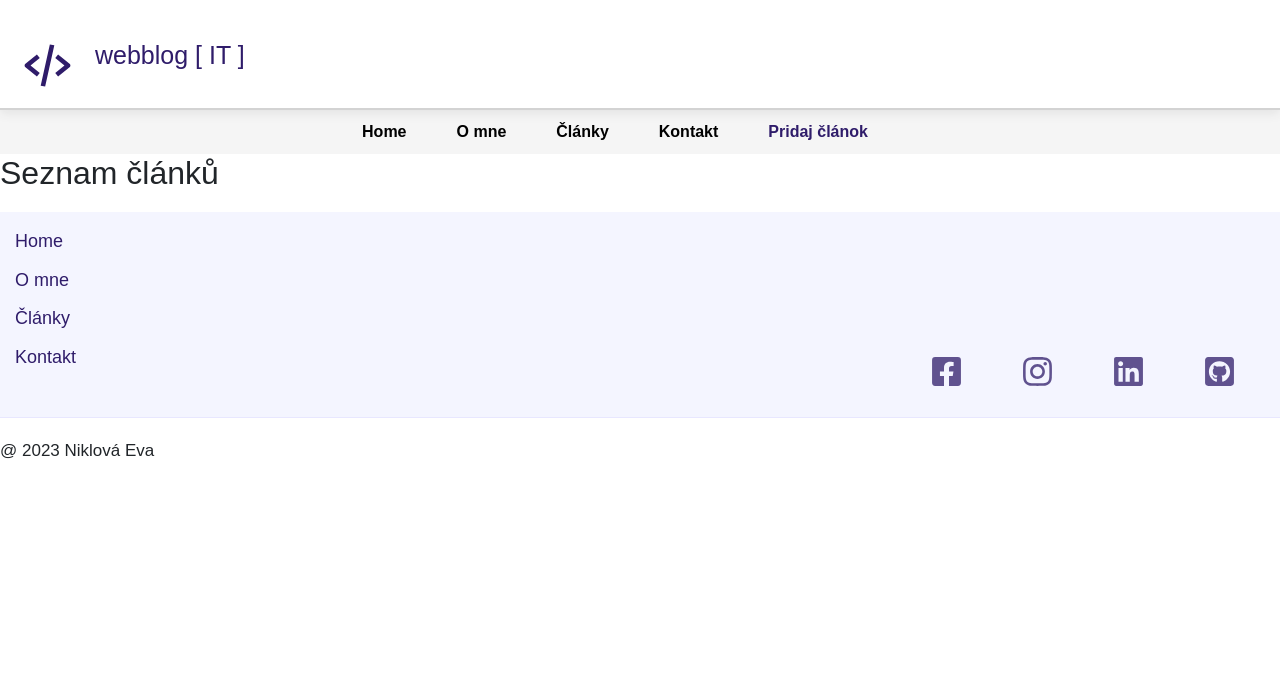
Repository: eniklova/github-bl
Page: /newarticel
These files come from the project's save history. The page is drawn as it stood at one moment and after the next save; the edit follows.
The browser window is 1280 px wide. The pictures show the whole page.
The page's requests for data from a server got no answer. Some web fonts or font styles are not loaded; a fallback is used. The project was rebuilt for these pictures with package versions that can differ from the ones it lists, and the page was loaded fresh each time. No one was signed in, and anything a server would have sent is missing. Also part of the build but not shown: src/components/ArticleList.js, src/components/HeroSlider.css, src/components/HeroSlider.js, src/pages/Home.js, src/pages/Aboutme.js, src/pages/Articles.js, src/pages/Kontakt.js, src/pages/Error.js.

Above is the page before, as saved 2023-10-17 14:02:42.

### public/index.html
<!DOCTYPE html>
<html lang="cs">
<head>
    <meta charset="UTF-8">
    <meta http-equiv="X-UA-Compatible" content="IE=edge">
    <meta name="viewport" content="width=device-width, initial-scale=1.0">
    <link rel="stylesheet" href="https://use.typekit.net/ovu8btr.css">
    <title>Document</title>
</head>
<body>
    <div id="result">

    </div>
</body>
</html>

### src/index.js
import { createRoot } from 'react-dom/client';
import 'bootstrap/dist/css/bootstrap.min.css';

import './index.css';
import App from './App';


const container = document.getElementById('result')
const root = createRoot(container)
root.render(<App tab="home" />)

### src/App.js
import {BrowserRouter, Routes, Route} from "react-router-dom"
import Home from "./pages/Home"
import Aboutme from "./pages/Aboutme"
import Articles from "./pages/Articles"
import Kontakt from "./pages/Kontakt"
import Error from "./pages/Error"
import NewArticel from "./pages/NewArticel"
import SharedLayout from "./pages/SharedLayout"
import ArticleList from "./components/ArticleList"



const App = () =>  {
  return  <BrowserRouter>
    <Routes>

      <Route path="/" element={ <SharedLayout /> } >
        <Route index element={ <Home /> }  />
        <Route path="/aboutme" element={ <Aboutme /> } />
        <Route path="/articles" element={ <Articles />} />
        <Route path="/all-articles/:articleID" element={ <ArticleList />} />
        <Route path="/kontakt" element={ <Kontakt />} />
        <Route path="/newarticel" element={ <NewArticel />} />

        <Route path="*" element={ <Error /> }/>
      </Route>

    </Routes>
  </BrowserRouter>
}

export default App

### src/pages/NewArticel.js
import React from 'react';
import ArticleForm from '../components/ArticleForm';

function NewArticle() {
  return (
    <div>
      <ArticleForm/>
    </div>
  );
}

export default NewArticle;

### src/pages/SharedLayout.js
import { Outlet } from "react-router-dom";
import Navbar from "../components/Navbar";
import Footer from "../components/Footer";


const SharedLayout = () => {
  return <>
        <Navbar/>
        <Outlet/>
        <Footer/>
    </>
 }

export default SharedLayout

### src/components/ArticleForm.js
import React, { useEffect, useState } from "react";
import { getArticles } from "../services/api";

function ArticleList() {
  const [articles, setArticles] = useState([]);

  useEffect(() => {
    const perPage = 10; // Počet článkov na stránku
    const categoryId = 1; // ID kategorie
    const page = 1; // Číslo stránky

    getArticles(perPage, categoryId, page)
      .then((data) => {
        const articlesArray = Array.isArray(data) ? data : [];
        setArticles(articlesArray);
      })
      .catch((error) => {
        console.error("Chyba pri načítaní článků:", error);
      });
  }, []);

  return (
    <div>
      <h2>Seznam článků</h2>
      <ul>
        {articles.map((article) => (
          <li key={article.id}>{article.title}</li>
        ))}
      </ul>
    </div>
  );
}

export default ArticleList;

### src/components/Navbar.js
import { NavLink } from "react-router-dom";
import { GiHamburgerMenu } from "react-icons/gi";
import { BiCodeAlt } from "react-icons/bi";
import "./Navbar.css";
import { useState } from "react";

const Navbar = () => {
  const [ showMenu, setShowMenu ] = useState(false)



  return (
    <header className="header">
      <div className="navigation">
        <div className="nav-header">
          <i className="logo-icon">
            <BiCodeAlt />
          </i>
          <h1 className="logo-title">
            <a href="/" rel="home">webblog [ IT ]</a>
          </h1>
          <button onClick={() => setShowMenu(!showMenu) }>
            <GiHamburgerMenu className="hamburger-icon" />
          </button>
        </div>
      </div>

      <div className={`${showMenu ? "nav-menu show" : "nav-menu hide"}`}>

        <NavLink to="/" className={ ({isActive}) => isActive ? "activeLink link" : "nonactiveLink link"}>Home</NavLink>
        <NavLink to="aboutme" className={ ({isActive}) => isActive ? "activeLink link" : "nonactiveLink link"}>O mne</NavLink>
        <NavLink to="articles" className={ ({isActive}) => isActive ? "activeLink link" : "nonactiveLink link"}>Články</NavLink>
        <NavLink to="kontakt" className={ ({isActive}) => isActive ? "activeLink link" : "nonactiveLink link"}>Kontakt</NavLink>
        <NavLink to="newarticel" className={ ({isActive}) => isActive ? "activeLink link" : "nonactiveLink link"}>Pridaj článok</NavLink>
      </div>
    </header>
  );
}

export default Navbar;

### src/components/Footer.js
import "./Footer.css"
import { NavLink } from "react-router-dom";
import { FaFacebookSquare, FaGithubSquare, FaInstagram, FaLinkedin } from 'react-icons/fa';





const Footer = () => {
    return <footer>
    <section className="footer">
        <div className="social">
        <a href="https://www.facebook.com/niklova/"><FaFacebookSquare className="icon-facebook"></FaFacebookSquare></a>
        <a href="https://www.instagram.com/e.nial/"><FaInstagram className="icon-instagram"></FaInstagram></a>
        <a href="https://www.linkedin.com/in/eva-niklov%C3%A1-b4b381272/"><FaLinkedin className="icon-linkedin"></FaLinkedin></a>
        <a href="https://github.com/eniklova"><FaGithubSquare className="icon-github"></FaGithubSquare></a>
      </div>

      <ul className="list">
          <li>
            <NavLink to="/">Home</NavLink>
          </li>
          <li>
            <NavLink to="aboutme">O mne</NavLink>
          </li>
          <li>
            <NavLink to="articles">Články</NavLink>
          </li>
          <li>
            <NavLink to="aboutme">Kontakt</NavLink>
          </li>

        </ul>

    </section>

    <p className="copyright">
    @ 2023  Niklová Eva
    </p>
    </footer>


  }


export default Footer;

### src/services/api.js
import axios from "axios";

const BASE_URL = "https://test-api-79d35.ondigitalocean.app/article";

export const getArticles = async (perPage, categoryId, page) => {
  const URL = `${BASE_URL}?per_page=5&category_id=1&page=1`;
try {
  const response = await axios.get(URL, {
    params: {
      per_page: perPage,
      category_id: categoryId,
      page: page,
    },
    headers: {
      "Content-Type": "application/json",
      Accept: "application/json",
    },
  });

  return response.data;
} catch (error) {
  console.error("Chyba pri získavaní článkov:", error);
  throw error;
}

};

export const createArticle = async (articleData) => {
  const URL = `${BASE_URL}`;

  try {
    const response = await axios.post(URL, articleData, {
      headers: {
        "Content-Type": "application/json",
        Accept: "application/json",
      },
    });

    return response.data;
  } catch (error) {
    console.error("Chyba pri vytváraní článku:", error);
    throw error;
  }
};

export const updateArticle = async (articleId, updatedData) => {
  const URL = `${BASE_URL}/article/${articleId}`;

  try {
    const response = await axios.put(URL, updatedData, {
      headers: {
        "Content-Type": "application/json",
        Accept: "application/json",
      },
    });

    return response.data;
  } catch (error) {
    console.error("Chyba pri úprave článku:", error);
    throw error;
  }
};

export const deleteArticle = async (articleId) => {
  const URL = `${BASE_URL}/article/${articleId}`;

  try {
    await axios.delete(URL);
  } catch (error) {
    console.error("Chyba pri mazaní článku:", error);
    throw error;
  }
};

### src/components/Navbar.css
* {
    margin: 0;
    padding: 0;
    box-sizing: border-box;
    font-family: "muli", sans-serif;
    font-style: normal;
  }

  /* Do 700px */
  nav {
    background-color: white;
  }

  .navigation {
    display: flex;
    flex-direction: row;
    justify-content: space-between;
    align-items: center;
    box-shadow: 0 4px 10px rgba(0, 0, 0, 0.08);
    border-bottom: 2px solid #0000002c;
    }

  .nav-header {
    display: flex;
    flex-direction: row;
    justify-content: space-between;
    align-items: center;
    min-height: 70px;
  }

  .logo-icon {
    font-size: 55px;
    padding: 5px;
    color: #2F1C6A;
    margin: 15px 0px 0px 15px;
  }

  .logo-title a {
    margin: 25px 10px 15px 10px;
    font-size: 25px;
    padding: 5px;
    color: #2F1C6A;
    text-decoration: none;
  }

  .nav-header button {
    display: none;
  }

  .nav-menu {
    display: flex;
    background-color: rgba(169, 169, 169, 0.119);
    flex-direction: row;
    justify-content: center;
    align-items: center;
    padding: 10px;
  }

  .nav-menu a {
    margin-right: 50px;
    font-family: "muli", sans-serif;
    font-weight: bold;
    text-decoration: none;
    }

  .activeLink {
    color: #2F1C6A;
  }


  .nonactiveLink {
    color: black
  }


  @media (max-width: 700px) {
    .navigation {
      flex-direction: column;
      justify-content: center;
      align-items: flex-start;
    }

    .nav-menu {
      width: 100%;
      padding: 10px 5px;
      flex-direction: column;
    }

    .nav-menu a {
      width: 100%;
      margin-right: 0;
      margin-bottom: 10px;
    }

    .nav-header button {
      display: block;
      background-color: transparent;
      border: none;
    }

    .nav-header {
      width: 100%;
    }

    .hamburger-icon {
      color: #301c6a61;
      font-size: 25px;
      margin-right: 20px;
    }

  .hide {
  height: 0px;
  overflow: hidden;
  transition: all 0.1s linear;
  }

  .show {
    height: 150px;
    transition: all 0.1s linear;
  }
  }

### src/components/Footer.css


.footer {
    padding: 25px 0;
    margin-top: 20px;
    background-color: #f4f5ff;
    display: flex;
    justify-content: space-between;
    align-items: flex-end;
    position: relative;
}

.footer .social {
    position: absolute;
    transition: height 600ms ease 0s;
    overflow: hidden;
    max-width: 600px;
    text-align: right;
    padding-bottom: 15px;
    color: #2F1C6A;
    right: 15px;
    bottom: 15px;
}

.footer .social a {
    font-size: 33px;
    color: inherit;
    width: 35px;
    height: 20px;
    line-height: 30px;
    display: inline-block;
    text-align: center;
    margin: 0 28px;
    opacity: 0.75;
}

.footer .social a:hover {
    opacity: 1.75;
}

.footer ul {
    margin-top: 0;
    padding: 0;
    list-style: none;
    font-size: 18px;
    line-height: 1.6;
    margin-bottom: 0;
    text-align: left;
    color: #2F1C6A;
    position: relative;
    left: 15px;
    bottom: 15px;
}

.footer ul li a {
    color: inherit;
    text-decoration: none;
    opacity: 1.75;
}

.footer ul li {
    display: block;
    padding: 5px 0;
}

.footer ul li a:hover {
    opacity: 1;
}

.copyright {
    text-align: center;
    font-size: 17px;
    display: flex;
    flex-wrap: wrap;
    border-top: solid 1px rgba(140, 133, 255, 0.2);
    padding: 20px 0;
    justify-content: space-between;
}

Loaded but not shown: src/index.css (common file)

After the next save:
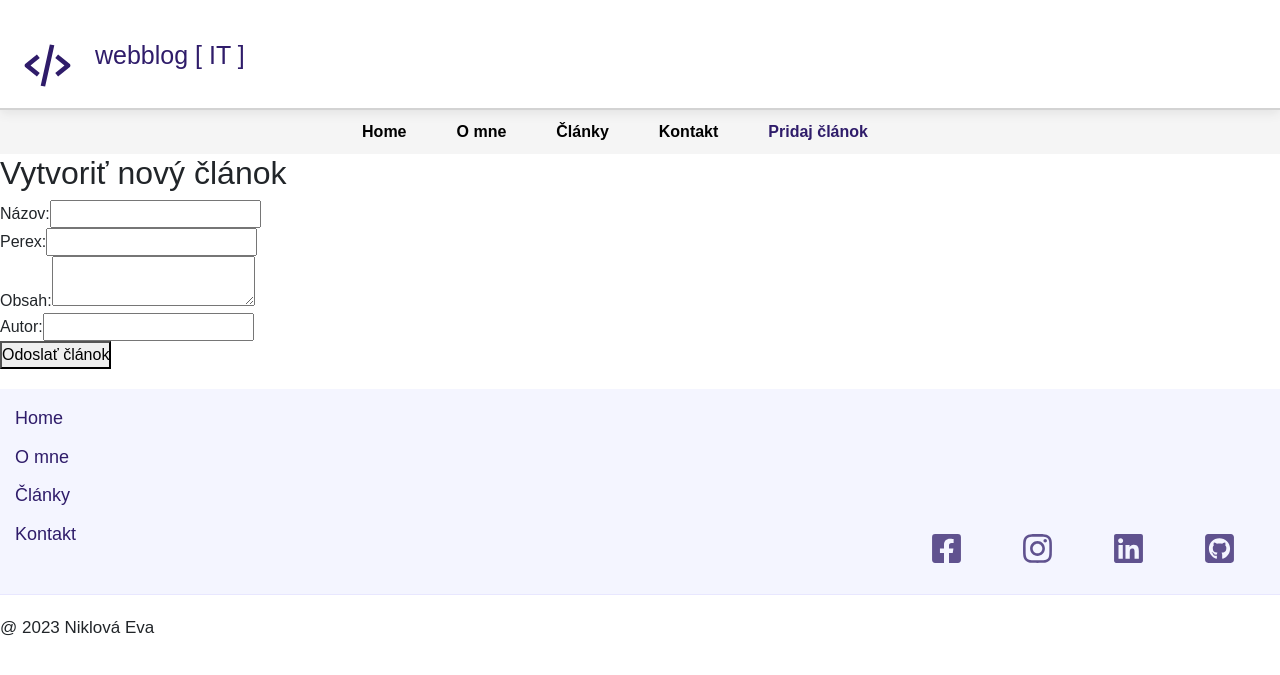
Saved 50 s later.
--- a/src/components/ArticleForm.js
+++ b/src/components/ArticleForm.js
@@ -1,34 +1,94 @@
-import React, { useEffect, useState } from "react";
-import { getArticles } from "../services/api";
+import React, { useState } from "react";
+import { createArticle } from "../services/api";
 
-function ArticleList() {
-  const [articles, setArticles] = useState([]);
+function ArticleForm() {
+  const initialFormData = {
+    title: "",
+    perex: "",
+    content: "",
+    author: "",
+  };
+  const [formData, setFormData] = useState({ ...initialFormData });
+  const [submitMessage, setSubmitMessage] = useState("");
+  const [isSubmitted, setIsSubmitted] = useState(false);
 
-  useEffect(() => {
-    const perPage = 10; // Počet článkov na stránku
-    const categoryId = 1; // ID kategorie
-    const page = 1; // Číslo stránky
+  const handleChange = (e) => {
+    const { name, value } = e.target;
+    setFormData({
+      ...formData,
+      [name]: value,
+    });
+  };
 
-    getArticles(perPage, categoryId, page)
-      .then((data) => {
-        const articlesArray = Array.isArray(data) ? data : [];
-        setArticles(articlesArray);
-      })
-      .catch((error) => {
-        console.error("Chyba pri načítaní článků:", error);
-      });
-  }, []);
+  const handleSubmit = async (e) => {
+    e.preventDefault();
+
+    console.log("Dáta z formulára:", formData);
+
+    try {
+      await createArticle(formData);
+      setSubmitMessage("Článok bol úspešne odoslaný!");
+      setIsSubmitted(true);
+      // Vymažeme data z formuláře po úspěšném odeslání
+      setFormData({ ...initialFormData });
+    } catch (error) {
+      console.error("Chyba pri vytváraní článku:", error);
+      setSubmitMessage("Chyba pri odosielaní článku");
+    }
+  };
 
   return (
     <div>
-      <h2>Seznam článků</h2>
-      <ul>
-        {articles.map((article) => (
-          <li key={article.id}>{article.title}</li>
-        ))}
-      </ul>
+      <h2>Vytvoriť nový článok</h2>
+      <form onSubmit={handleSubmit}>
+        <div>
+          <label htmlFor="title">Názov:</label>
+          <input
+            type="text"
+            id="title"
+            name="title"
+            value={formData.title}
+            onChange={handleChange}
+          />
+        </div>
+        <div>
+          <label htmlFor="perex">Perex:</label>
+          <input
+            type="text"
+            id="perex"
+            name="perex"
+            value={formData.perex}
+            onChange={handleChange}
+          />
+        </div>
+        <div>
+          <label htmlFor="content">Obsah:</label>
+          <textarea
+            id="content"
+            name="content"
+            value={formData.content}
+            onChange={handleChange}
+          />
+        </div>
+        <div>
+          <label htmlFor="author">Autor:</label>
+          <input
+            type="text"
+            id="author"
+            name="author"
+            value={formData.author}
+            onChange={handleChange}
+          />
+        </div>
+
+        {isSubmitted ? null : (
+          <button type="submit">Odoslať článok</button>
+        )}
+      </form>
+
+      {submitMessage && <p>{submitMessage}</p>}
     </div>
   );
 }
 
-export default ArticleList;
+export default ArticleForm;
